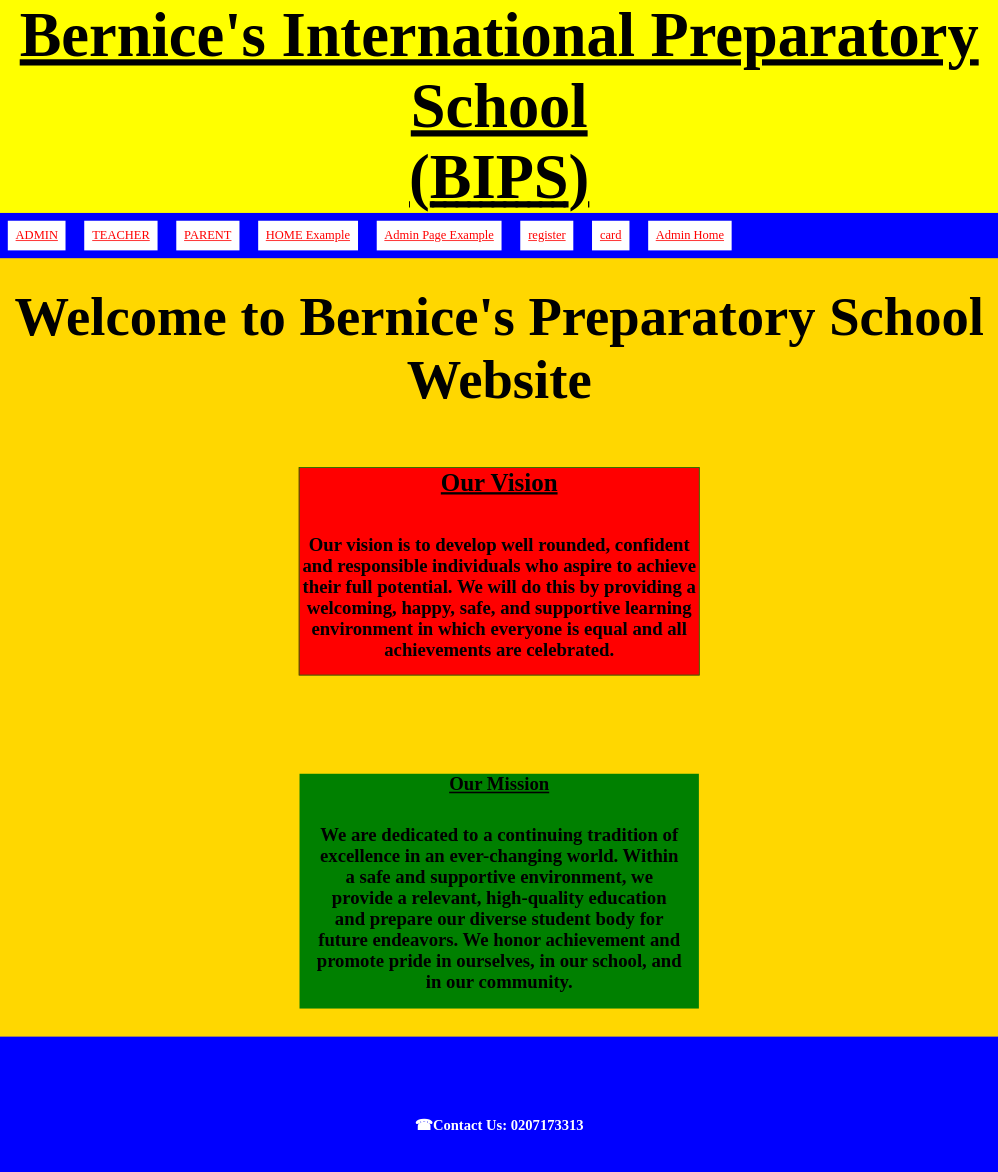
Repository: joseackah/eclipse-workspace
Page: http://localhost/com.school.mgt.system.Front.End/WEB-INF/views/index.jsp
These files come from the project's save history. The page is drawn as it stood at one moment and after the next save; the edit follows.
The browser window is 1280 px wide. The pictures show the whole page, at 78% of full size.
The page is served by Tomcat 9. Nobody is signed in. Other server files are loaded and not shown. The template is opened directly, without the code that normally fills it, so the values that code supplies are empty.

Above is the page before, as saved 2021-08-16 12:16:13.

### com.school.mgt.system.Front.End/src/main/webapp/WEB-INF/views/index.jsp
<%@ page language="java" contentType="text/html; charset=ISO-8859-1"
    pageEncoding="ISO-8859-1"%>
<!DOCTYPE html>
<html>
<head>
<style type="text/css">

a:link{
color: red;
}
a:visited{
color: green;
}
li:hover{
background-color: green;
transition: 5s;
color: red;
}
.article{
padding: 2em;
color: white;
animation: mymove 5s infinite;
position: relative;
}
@keyframes mymove{
from{background-color: red;
}
to{background-color: blue;
}
}
h3:before{
content: '\260E';}

.aside{
padding: 2em;
color: white;
position: relative;
animation-name: myaside;
animation: myaside 6s infinite;
}
@keyframes myaside{
from{background-color: green;}
to {background-color: rgb(145,74,152);}
}

.footer {
background-color: rgb(23, 24, 26);
height: 100px;
padding: 10px;
padding-top: 4em;
color: white;
align-content: center;


}
</style>

<link href="${pageContext.request.contextPath}/resources/index.css"
	rel="stylesheet">
<meta charset="ISO-8859-1">
<title>HOME</title>
</head>
<body class="body" style="background-color:gold;">
 <div id='firstHeader' class='firstHeader' name='firstHeader'>

        <h1 style="text-align:center; font-size: 80px;"><ins>Bernice's International Preparatory School <p>(<abbr title="Bernice's International Preparatory School">BIPS</abbr>)</p></ins></h1>
    </div>
    <nav>
        <ul>
            <li><a href="${pageContext.request.contextPath}/general/logIn">ADMIN</a></li>
            <li><a href="${pageContext.request.contextPath}/general/teacherLogin">TEACHER</a></li>
            <li><a href="${pageContext.request.contextPath}/general/parentLogin">PARENT</a></li>
            <li><a href="${pageContext.request.contextPath}/general/homeExample">HOME Example</a></li>
       		<li><a href="${pageContext.request.contextPath}/general/adminPageExample">Admin Page Example</a></li>
        <li><a href="${pageContext.request.contextPath}/general/image">register</a></li>
        <li><a href="${pageContext.request.contextPath}/general/card">card</a></li>
        <li><a href="${pageContext.request.contextPath}/general/adminHomePageExample2">Admin Home</a></li>
        </ul>

    </nav>

<br/>
<br />
<h1 style='text-align: center; font-size: 70px;'>Welcome to Bernice's Preparatory School Website</h1>
<br/> <br/>
 <p style="text-align:center"> <h2 style="text-align:center" >  </h2></p> <br /> <br />

 <div class="container" style="display:flex-center; width:100%; text-align:center;">
 <div class="card" style="display:;display:inline-block; width:40%; border: 1px solid green; background-color:red;">
  <div class="card-header" style="display:center;"> <h1 style="text-align:center;"> <ins> Our Vision</ins></h1> <br/>
  <div class="card-body"><p  style="padding: 5px; margin: 10px;"><h2> Our vision is to develop well rounded, confident and responsible individuals who aspire to achieve their full potential. We will do this by providing a welcoming, happy, safe, and supportive learning environment in which everyone is equal and all achievements are celebrated. </h2></p></div>  <br/>
</div>
</div><br /> <br /><br /> <br /><br /> <br /><br /> <br />
<div class="card" style="display:inline-block; width:40%; background-color:green;  height: 50%;" >
<div >

<div class="card-header"> <h2> <ins> Our Mission</ins></h2></header> <br/>
 <div class="card-body"><h2> <p style="padding: 10px; margin: 10px;"> We are dedicated to a continuing tradition of excellence in an ever-changing world. Within a safe and supportive environment, we provide a relevant, high-quality education and prepare our diverse student body for future endeavors. We honor achievement and promote pride in ourselves, in our school, and in our community. </p></h2></div>
</div>
</div>
</div>
<br /> <br/> <br/>

<footer class="footer"  >
<h3 style="text-align: center;">Contact Us: 0207173313</h3>

</footer>


</body>
</html>

### com.school.mgt.system.Front.End/src/main/webapp/resources/index.css
* {
    padding: 0px;
    margin: 0px;
}

.body{

	background-color:brown;
}

nav {
    /*display: flex;*/
    /*display: inline-block;*/
    align-items: center;
    align-content: center;
    width: 100%;
    border: 4px;
    background-color: blue;
}

nav li {
    display: inline-block;
    padding: 10px;
    margin: 10px;
    background-color: white;
    /*align-content: center;*/
    text-align: center;
}

#searchForm {
    float: right;
    height: 50px;
    width: 20%;
}

#input {
    align-content: flex-end;
    float: right;
    height: 40px;
    width: 70%;
    padding: 10px;
    padding-top: 30px;
    padding-bottom: 16px;
    margin: 5px;
}

#navsub {
    float: right;
    margin-top: 10px;
    margin-right: 5px;
    margin-left: 0px;
    padding: 10px;
}

#firstHeader {
    /*display: flex;*/
    /*float: left;*/
    background-color: yellow;
    height: 500%;
}








#his {
    /*display: flex;*/
    text-align: center;
    padding-top: 20px;
}

#p1 {
    padding: 20px;
    margin: 5px;
}

#brief {
    /*display: ;*/
    float: right;
    width: 50%;
    border: 2px;
    padding: 3px;
    padding-left: 3px;
    text-align: center;
    margin: 5px solid black;
    height: 99%;
    background-color: greenyellow;
    /*clear: both;*/
}

#table1 {
    text-align: left;
    align-content: left;
    padding-left: 10px;
    margin: 55px;
}





.footer {
	background-color: blue;

}

.collapsible {
    background-color: rgb(145, 125, 157);
    color: rgb(201, 181, 152);
    cursor: pointer;
    padding: 2px;
    width: 100%;
    border: none;
    text-align: center;
    outline: none;
    font-size: 12px;
}

.active,
.collapsible:hover {
    background-color: rgb(47, 47, 167);
}

.content {
    padding: 18px;
    display: none;
    overflow: hidden;
    background-color: whitesmoke;
}
.aside, .article{
	padding: 10px;
}

.article:hover{
	background-color: blue;
	color: white;
}

.td{
	padding: .5em 2em;
	border-radius: 5em;
}
nav li:hover{
	background-color:red;

}

After the next save:
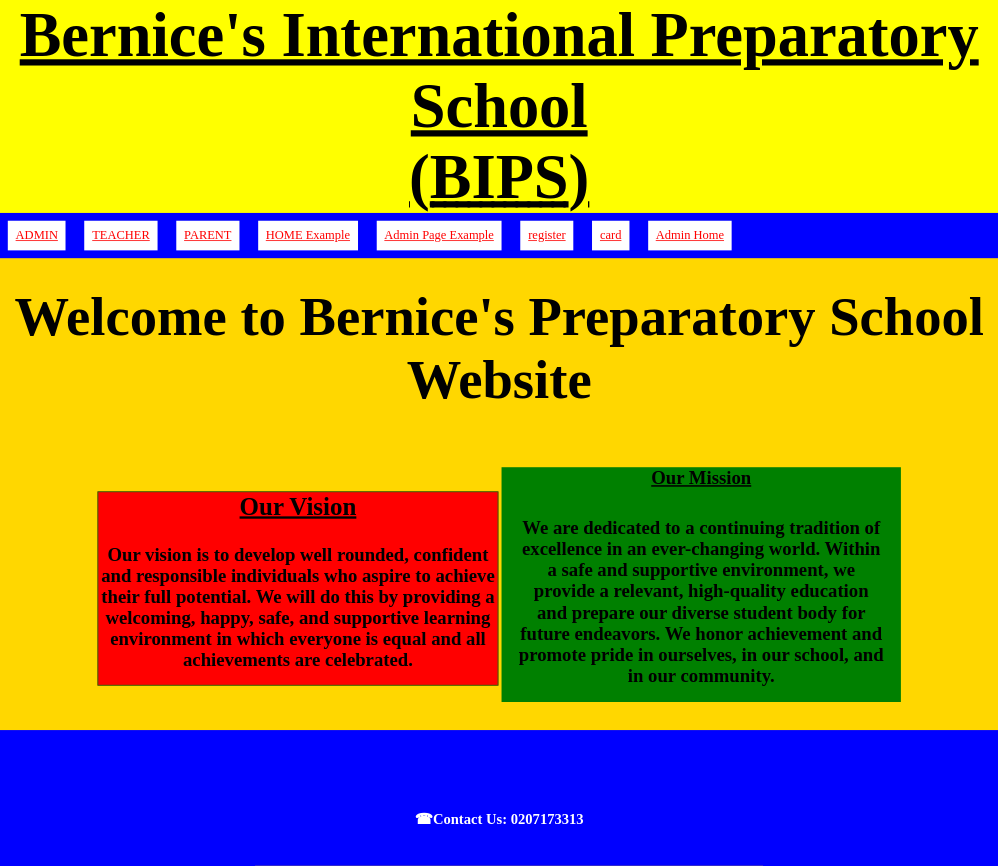
Saved 2 min 30 s later.
--- a/com.school.mgt.system.Front.End/src/main/webapp/WEB-INF/views/index.jsp
+++ b/com.school.mgt.system.Front.End/src/main/webapp/WEB-INF/views/index.jsp
@@ -87,10 +87,10 @@ align-content: center;
 
  <div class="container" style="display:flex-center; width:100%; text-align:center;">
  <div class="card" style="display:;display:inline-block; width:40%; border: 1px solid green; background-color:red;">
-  <div class="card-header" style="display:center;"> <h1 style="text-align:center;"> <ins> Our Vision</ins></h1> <br/>
+  <div class="card-header" style="display:center;"> <h1 style="text-align:center;"> <ins> Our Vision</ins></h1>
   <div class="card-body"><p  style="padding: 5px; margin: 10px;"><h2> Our vision is to develop well rounded, confident and responsible individuals who aspire to achieve their full potential. We will do this by providing a welcoming, happy, safe, and supportive learning environment in which everyone is equal and all achievements are celebrated. </h2></p></div>  <br/>
 </div>
-</div><br /> <br /><br /> <br /><br /> <br /><br /> <br />
+</div>
 <div class="card" style="display:inline-block; width:40%; background-color:green;  height: 50%;" >
 <div >
 
